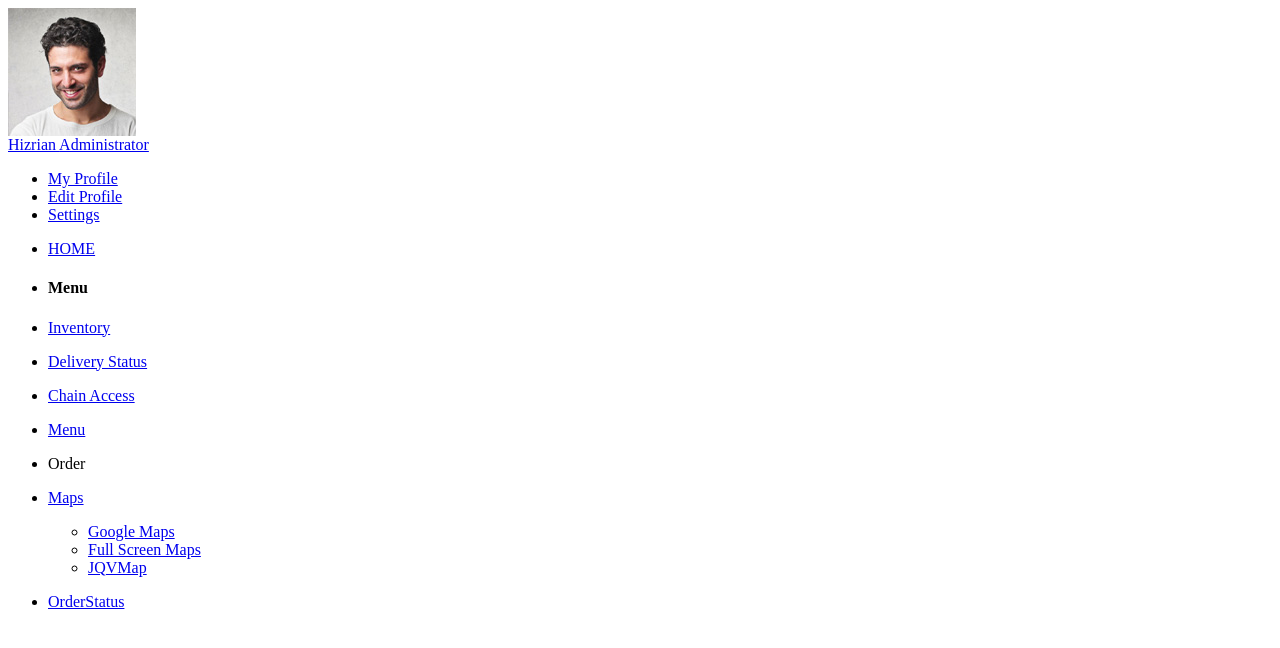
Repository: wkdanlwo091/iot_final
Page: http://localhost/top/view/main/sidebar.jsp
These files come from the project's save history. The page is drawn as it stood at one moment and after the next save; the edit follows.
The browser window is 1280 px wide. The pictures show the whole page.
The page is served by Tomcat 9.

Above is the page before, as saved 2020-04-25 06:27:18.

After the next save:
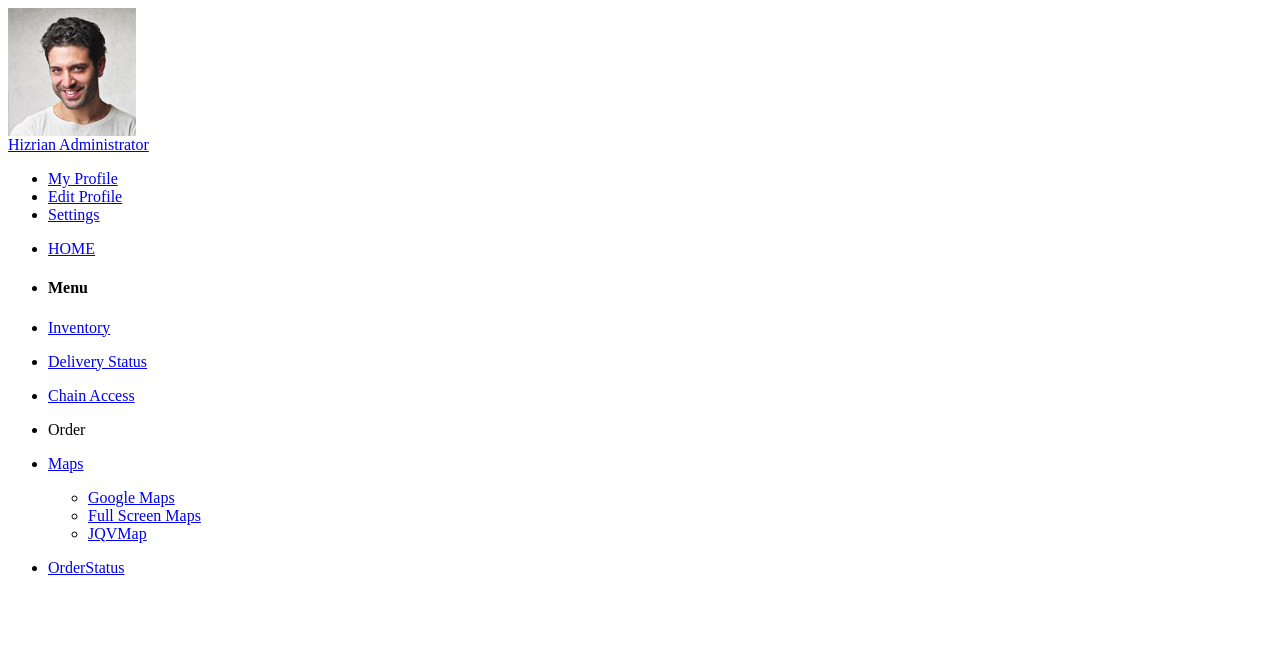
Saved 34 s later.
--- a/jmj4.zip_expanded/top/web/view/main/sidebar.jsp
+++ b/jmj4.zip_expanded/top/web/view/main/sidebar.jsp
@@ -67,12 +67,6 @@
 						<p>Chain Access</p>
 				</a></li>
 
-				<!-- Menu Management -->
-				<li class="nav-item"><a data-toggle="collapse" href="#maps">
-						<i class="fas fa-map-marker-alt"></i>
-						<p>Menu</p>
-				</a></li>
-
 				<!-- Container Management -->
 				<!--<li class="nav-item"><a data-toggle="collapse" onclick = "popup()">-->
 

After the save that followed:
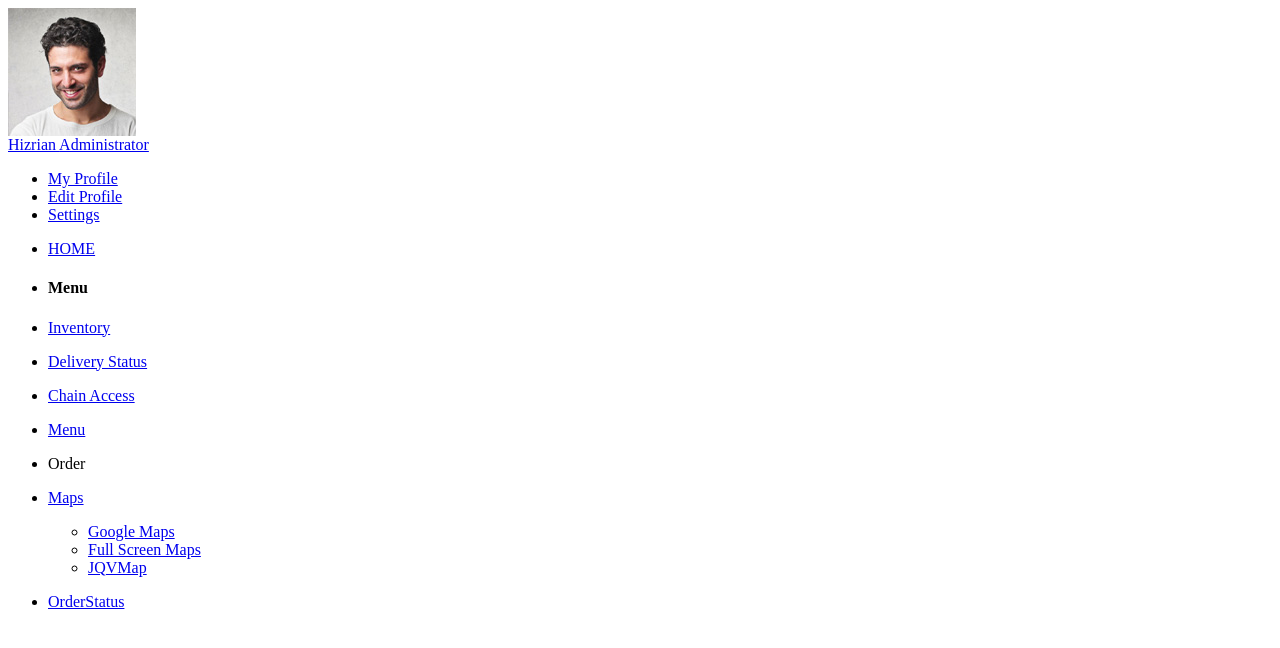
Saved 8 s later.
--- a/jmj4.zip_expanded/top/web/view/main/sidebar.jsp
+++ b/jmj4.zip_expanded/top/web/view/main/sidebar.jsp
@@ -67,6 +67,12 @@
 						<p>Chain Access</p>
 				</a></li>
 
+				<!-- Menu Management -->
+				<li class="nav-item"><a data-toggle="collapse" href="#maps">
+						<i class="fas fa-map-marker-alt"></i>
+						<p>Menu</p>
+				</a></li>
+
 				<!-- Container Management -->
 				<!--<li class="nav-item"><a data-toggle="collapse" onclick = "popup()">-->
 
